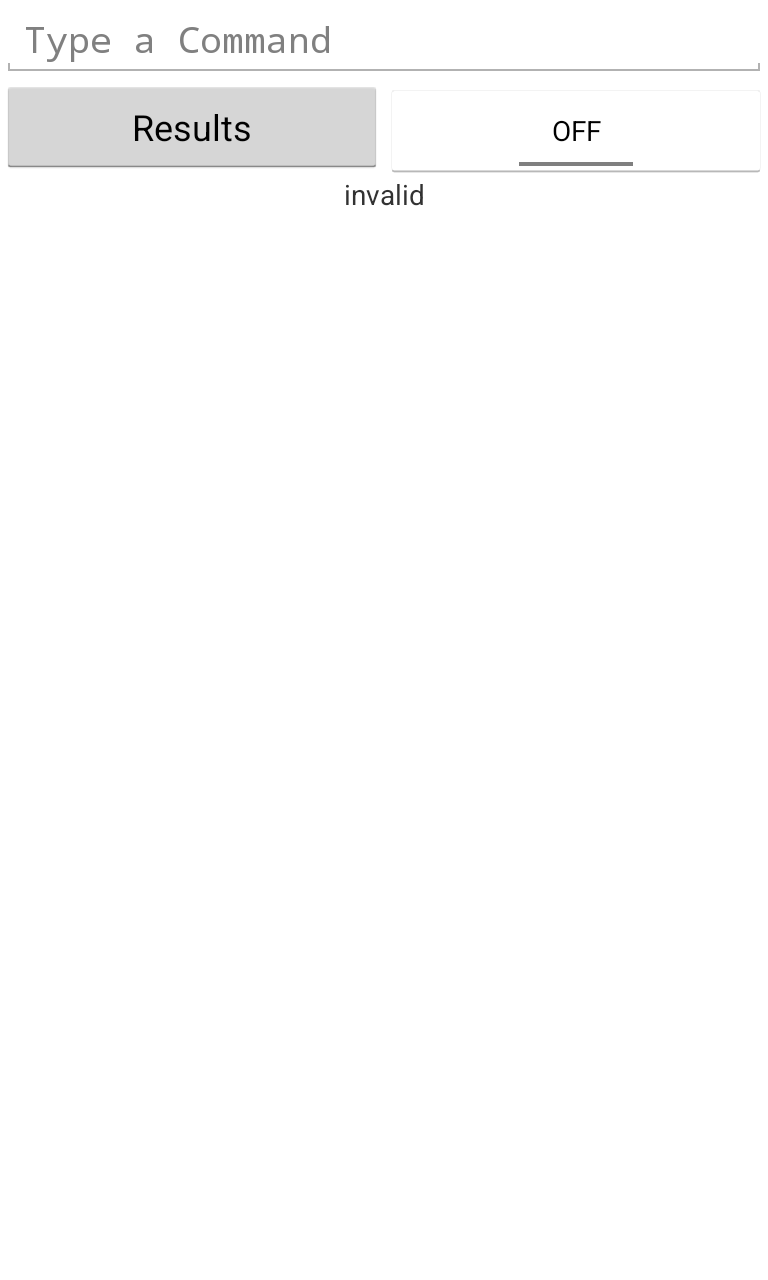
Repository: lcbasu/android
Layout: adt/TheNewBoston/res/layout/text.xml
These files come from the project's save history. The layout is drawn as it stood at one moment and after the next save; the edit follows.
It is drawn on a 768 x 1280 px phone screen (xhdpi) without system bars, with theme AppTheme; the app's code is not run.

Above is the layout before, as saved 2014-05-19 06:01:45.

### adt/TheNewBoston/res/layout/text.xml
<?xml version="1.0" encoding="utf-8"?>
<LinearLayout xmlns:android="http://schemas.android.com/apk/res/android"
    android:layout_width="match_parent"
    android:layout_height="match_parent"
    android:orientation="vertical" >

    <EditText
        android:id="@+id/etCommands"
        android:layout_width="fill_parent"
        android:layout_height="wrap_content"
        android:hint="Type a Command"
        android:password="true" />

    <LinearLayout
        android:layout_width="fill_parent"
        android:layout_height="wrap_content"
        android:weightSum="100"
        android:orientation="horizontal" >

        <Button
            android:id="@+id/bResults"
            android:layout_weight="50"
            android:layout_width="fill_parent"
            android:layout_height="wrap_content"
            android:gravity="center"
            android:text="Results" />

        <ToggleButton
            android:id="@+id/tgBt"
            android:layout_weight="50"
            android:layout_width="fill_parent"
            android:layout_height="wrap_content"
            android:text="ToggleButton" />
    </LinearLayout>

    <TextView
        android:id="@+id/tvResults"
        android:layout_width="fill_parent"
        android:layout_height="wrap_content"
        android:gravity="center"
        android:text="invalid" />

</LinearLayout>

Loaded but not shown: adt/TheNewBoston/res/values/styles.xml (common file); adt/TheNewBoston/res/values-v11/styles.xml (common file); adt/TheNewBoston/res/values-v14/styles.xml (common file)

After the next save:
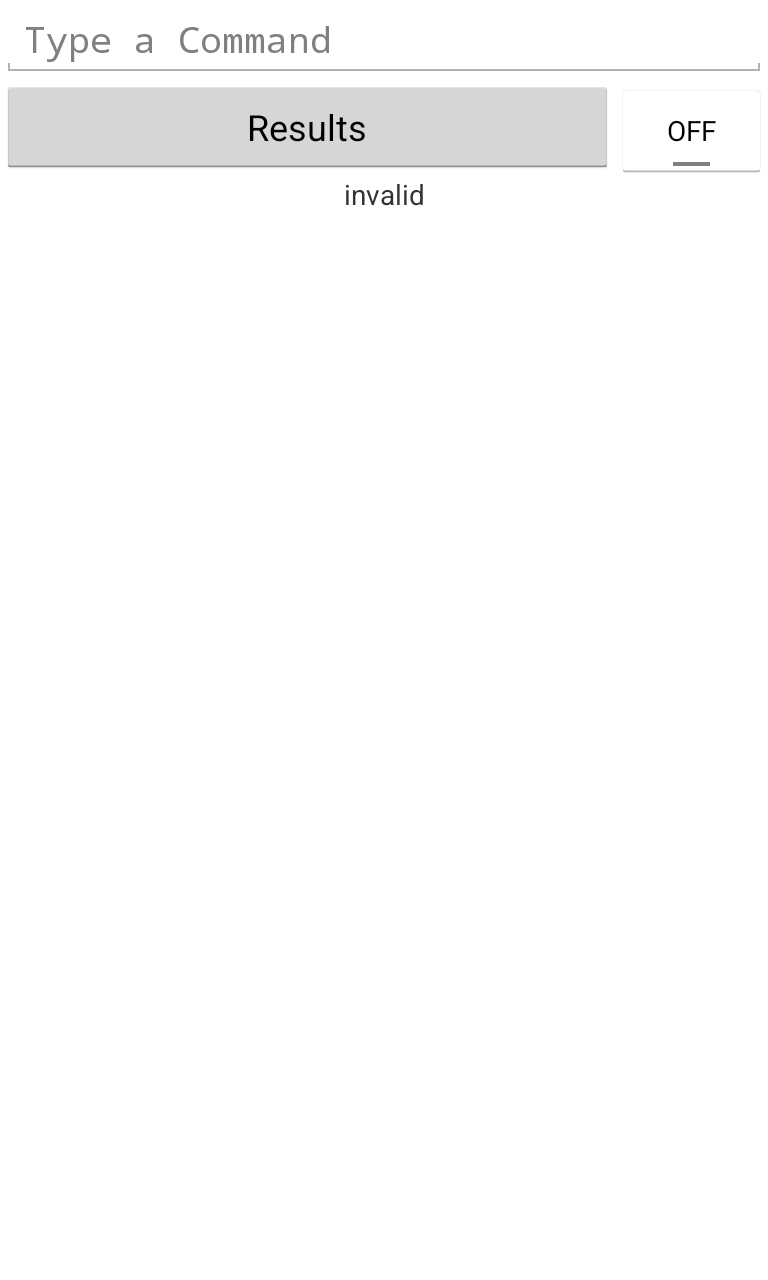
Saved 65 s later.
--- a/adt/TheNewBoston/res/layout/text.xml
+++ b/adt/TheNewBoston/res/layout/text.xml
@@ -14,22 +14,22 @@
     <LinearLayout
         android:layout_width="fill_parent"
         android:layout_height="wrap_content"
-        android:weightSum="100"
-        android:orientation="horizontal" >
+        android:orientation="horizontal"
+        android:weightSum="100" >
 
         <Button
             android:id="@+id/bResults"
-            android:layout_weight="50"
             android:layout_width="fill_parent"
             android:layout_height="wrap_content"
+            android:layout_weight="20"
             android:gravity="center"
             android:text="Results" />
 
         <ToggleButton
             android:id="@+id/tgBt"
-            android:layout_weight="50"
             android:layout_width="fill_parent"
             android:layout_height="wrap_content"
+            android:layout_weight="80"
             android:text="ToggleButton" />
     </LinearLayout>
 
